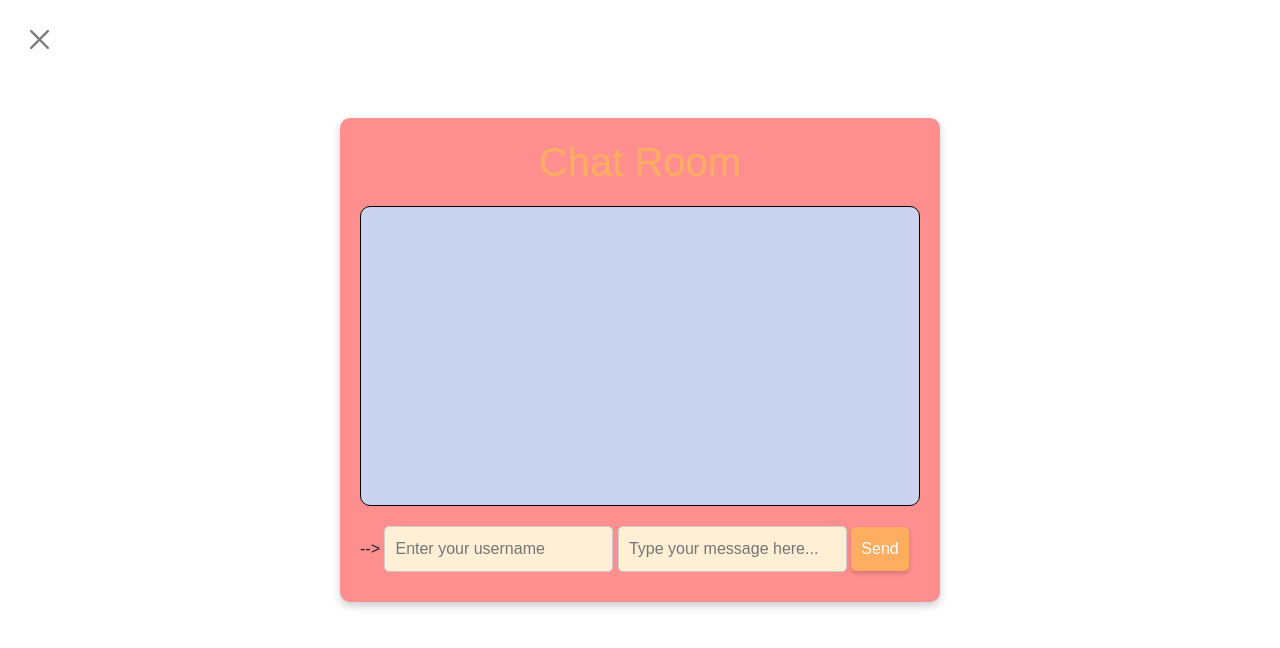
Repository: Sanjana-Inapakolla/Find-your-Roomie-website
Page: http://localhost/MiniProject/AfterSend
These files come from the project's save history. The page is drawn as it stood at one moment and after the next save; the edit follows.
The browser window is 1280 px wide. The pictures show the whole page.
The page is served by Tomcat 10. Queries for data that is not in the repository find no rows.

Above is the page before, as saved 2024-11-13 09:31:43.

After the next save:
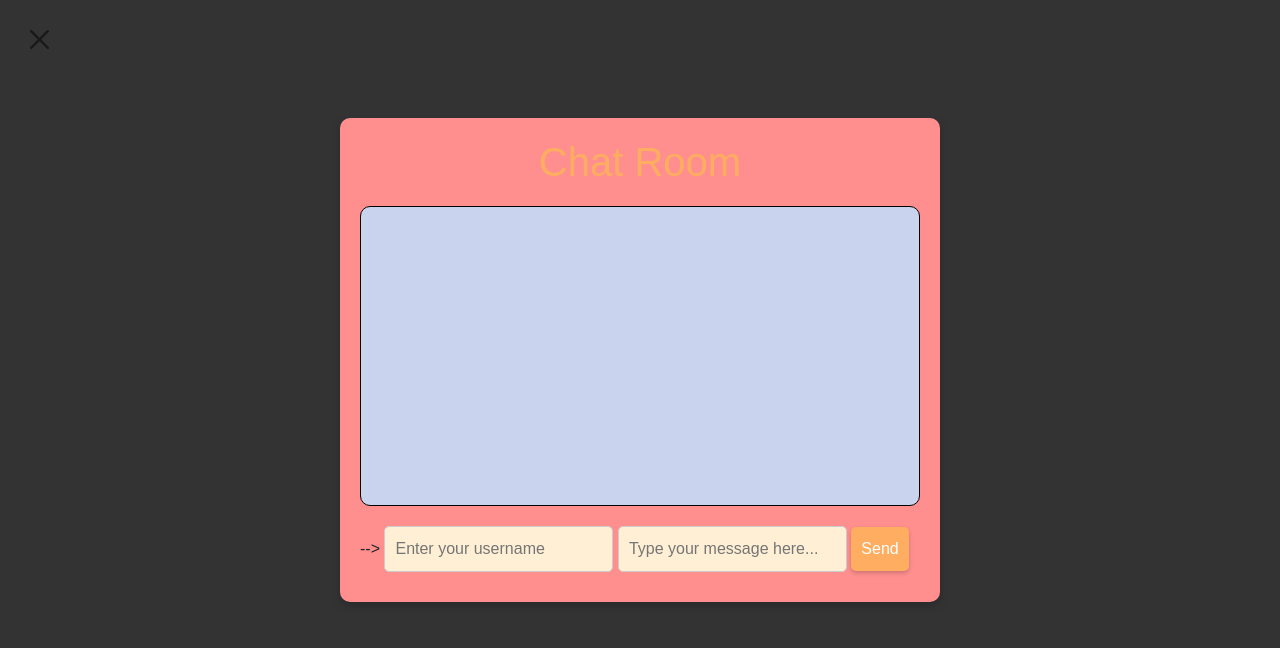
Saved 12 s later.
--- a/mini-project(jfst)/MiniProject/src/main/webapp/chat.jsp
+++ b/mini-project(jfst)/MiniProject/src/main/webapp/chat.jsp
@@ -18,7 +18,7 @@ body {
 	align-items: center;
 	height: 100vh;
 	margin: 0;
-	background-color:#ffffff;
+	background-color:#333;
 	font-family: Arial, sans-serif;
 }
 
